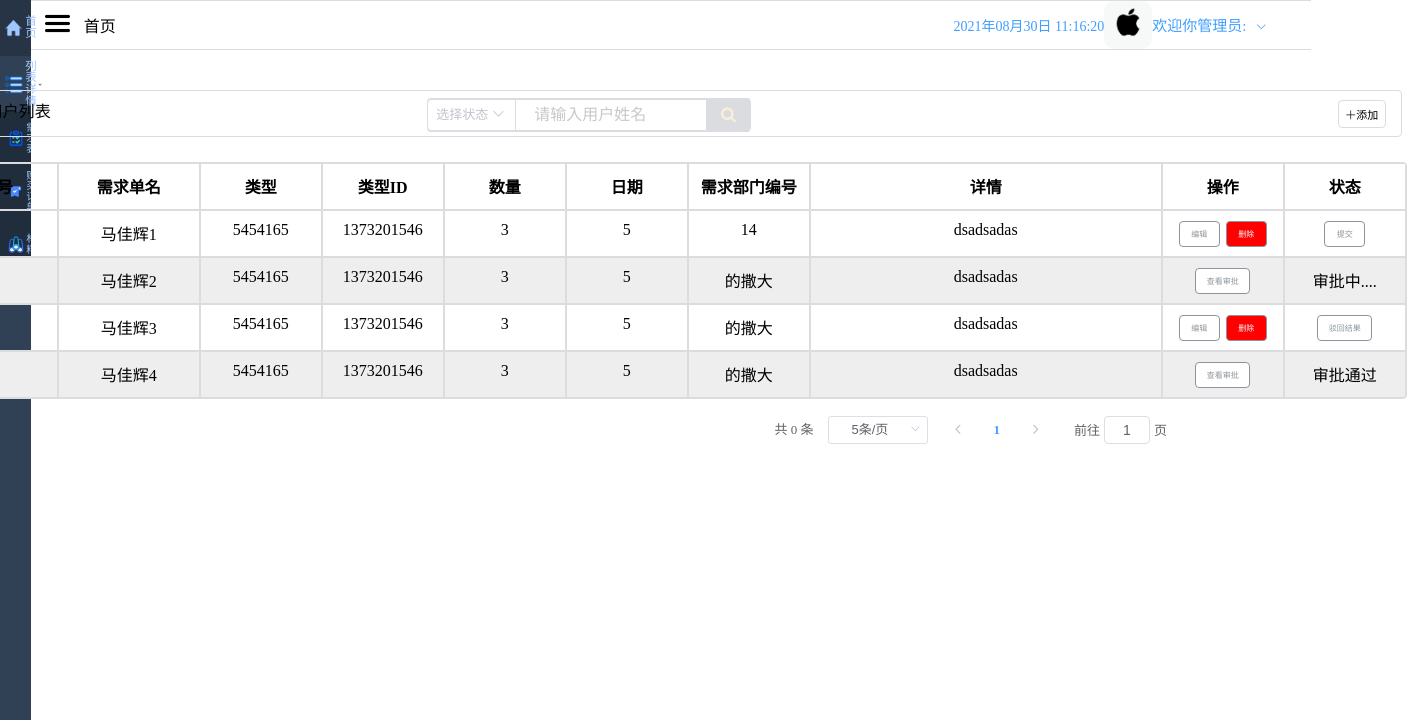
Repository: 572031690/fwwb-proj
Page: /home/body
These files come from the project's save history. The page is drawn as it stood at one moment and after the next save; the edit follows.
The browser window is 1280 px wide. The page is 1407 px wide, so the pictures cover 1407 px, including what lies to the right of the window. The pictures show the whole page.
The page's requests for data from a server got no answer. The project was rebuilt for these pictures with package versions that can differ from the ones it lists, and the page was loaded fresh each time. No one was signed in, and anything a server would have sent is missing. Also part of the build but not shown: vue.config.js, src/assets/data/echarts.js, src/components/home-wel/MapChina.vue, src/components/home-wel/leftchart/piechart.vue, src/components/home-wel/leftchart/rankchart.vue, src/components/home-wel/rightchart/linechart.vue, src/components/home-wel/rightchart/totalchart.vue, src/components/Adddata.vue and 7 more.

Above is the page before, as saved 2021-09-10 15:17:15.

### public/index.html
<!DOCTYPE html>
<html lang="">
  <head>
    <meta charset="utf-8">
    <meta name="viewport" content="width=device-width,initial-scale=1.0">
    <link rel="icon" href="<%= BASE_URL %>favicon.ico">
    <title><%= htmlWebpackPlugin.options.title %></title>
    <!-- 配置jquery -->
    <!-- <script src="http://ajax.googleapis.com/ajax/libs/jquery/1.8.0/jquery.min.js"></script> -->
     <!-- 百度的适口 -->
     <meta name="viewport" content="width=device-width,minimum-scale=1.0,maximum-scale=1.0,user-scalable=no">
     <!-- 搜索框 -->
     <meta http-equiv="X-UA-Compatible" content="IE=edge">
    <meta name="viewport" content="width=device-width, initial-scale=1.0">
    <link href="http://cdn.bootcss.com/font-awesome/4.7.0/css/font-awesome.min.css" rel="stylesheet">
  </head>
  <body>
    <noscript>
      <strong>We're sorry but <%= htmlWebpackPlugin.options.title %> doesn't work properly without JavaScript enabled. Please enable it to continue.</strong>
    </noscript>
    <div id="app"></div>
    <!-- built files will be auto injected -->
  </body>
</html>

### src/App.vue
<template>
  <div id="app">
    <!-- <v-login></v-login> -->
    <router-view></router-view>
  </div>
</template>

<script>
export default {
  data () {
    return {}
  },
  methods: {},
  components: {},
  mounted () {
    // this.$router.push({ path: 'login' }) // 页面跳转
  }
}
</script>

<style></style>

### src/assets/CSS/basic.css
a {
        text-decoration: none;
}

* {
        padding: 0;
        margin: 0;
}

html, body {
        height: 100%;
}

### src/view/Home.vue
<template>
  <div id="Home" ref="gobacklogin">
    <div :class="{ leftNavigation: navshow, leftNavigationChange: !navshow }">
      <div v-for="(item,index) in routerList" v-show="item.showtab" :key="index">
        <div @click="judgeType(item)" class="navhome">
          <img :src="item.imgSrc" class="navhome-img" />
          <span class="spans1" :ref="item.ref">{{ item.label }}</span>
          <img
            v-if="item.type === 'tips'"
            :src="item.imgtips"
            class="arrow"
            ref="arrow"
          />
        </div>
        <!-- 子列表 -->
        <div
          class="navhome-box"
          ref="navhomebox"
          v-if="item.childrenList.length"
          v-show="item.showtab"
        >
          <transition name="navhom">
            <div class="navhome-son" v-show="navSonShow">
              <div
                @click="goToRouter(item)"
                v-for="(item, index) in item.childrenList"
                :key="index"
              >
                <div class="namehome-son1">
                  <img :src="item.imgSrc" class="navson-img" />
                  <span :ref="item.ref">{{ item.label }}</span>
                </div>
              </div>
            </div>
          </transition>
        </div>
      </div>
    </div>

    <div class="rightNavigation">
      <div class="rightnav-top">
        <div class="rightnav-topimg">
          <img
            src="../assets/img/heng.png"
            class="rightnav-topimghome"
            ref="rightnavtopimghome"
            @click="changehomeimg()"
          />
        </div>

        <span>首页</span>

        <div class="topright">
          <span class="top-time">{{ nowTime }}</span>
          <!-- 苹果图标 -->
          <img src="../assets/img/timg.jpg" class="timg" />
          <!-- 退出下拉框 -->
          <el-dropdown @command="gobacklogin" class="elsign-out">
            <span class="el-dropdown-link">
              欢迎你管理员: <span class="adminname">{{ adminname }} </span
              ><i class="el-icon-arrow-down el-icon--right"></i>
            </span>
            <el-dropdown-menu slot="dropdown">
              <el-dropdown-item command="a">退出登陆</el-dropdown-item>
            </el-dropdown-menu>
          </el-dropdown>
        </div>
      </div>
      <div class="rightbody">
        <router-view></router-view>
      </div>
    </div>
  </div>
</template>

<script>
// 引入jquery
// import $ from 'jquery'
// 引入搜索框
// import EditData from '../unusercom/EditData.vue'
import { routerList } from '../assets/data/homeRouter'
export default {
  data () {
    return {
      nowTime: '',
      thistime: '',
      key: 90,
      arrowflag: true,
      imghomeflag: true,
      adminname: '',
      departmentID: '',
      navshow: true,
      navSonShow: true,
      lastTime: 0, // 默认上一次点击时间为0
      admin: true,
      routerChioce: 1,
      routerList
    }
  },
  methods: {
    // 旋转子列箭头
    changearrow () {
      this.navSonShow = !this.navSonShow
      if (this.arrowflag) {
        this.$refs.arrow[0].style.transform = 'rotate(270deg)'
        this.arrowflag = !this.arrowflag
      } else {
        this.$refs.arrow[0].style.transform = 'rotate(90deg)'
        this.arrowflag = !this.arrowflag
      }
    },
    // 右边栏三条杠点击事件
    changehomeimg () {
      // 动画class绑定
      this.navshow = !this.navshow
      let status = 'none'
      let rotate = 'rotate(90deg)'
      let times = 0
      // 首页旁边三条杠图标旋转和文字消失
      if (this.imghomeflag) {
        status = 'none'
        rotate = 'rotate(90deg)'
        times = 0
      } else {
        status = 'block'
        rotate = 'rotate(0deg)'
        times = 700
      }
      this.$refs.rightnavtopimghome.style.transform = rotate
      this.imghomeflag = !this.imghomeflag
      const me = this
      setTimeout(function () {
        me.routerList.forEach(item => {
          me.$refs[item.ref][0].style.display = status
          if (item.childrenList.length) {
            item.childrenList.forEach(val => {
              me.$refs[val.ref][0].style.display = status
            })
          }
        })
        me.$refs.arrow[0].style.display = status
      }, times)
    },
    // 开始动画文字出现延迟
    changehomeimgCreate () {
      this.changehomeimg()
      this.changehomeimg()
    },

    // 退出登陆方法
    gobacklogin (command) {
      this.$confirm('是否退出登陆', '提示', {
        confirmButtonText: '确定',
        cancelButtonText: '取消',
        type: 'warning'
      }).then(() => {
        sessionStorage.clear() // 删除所有数据
        this.$router.push({ name: 'login' }) // 直接跳转
        this.$message({
          type: 'success',
          message: '退出登陆成功!'
        })
      })
    },
    // 显示当前时间（年月日时分秒）
    timeFormate (timeStamp) {
      const year = new Date(timeStamp).getFullYear()
      const month =
        new Date(timeStamp).getMonth() + 1 < 10
          ? '0' + (new Date(timeStamp).getMonth() + 1)
          : new Date(timeStamp).getMonth() + 1
      const date =
        new Date(timeStamp).getDate() < 10
          ? '0' + new Date(timeStamp).getDate()
          : new Date(timeStamp).getDate()
      const hh =
        new Date(timeStamp).getHours() < 10
          ? '0' + new Date(timeStamp).getHours()
          : new Date(timeStamp).getHours()
      const mm =
        new Date(timeStamp).getMinutes() < 10
          ? '0' + new Date(timeStamp).getMinutes()
          : new Date(timeStamp).getMinutes()
      const ss =
        new Date(timeStamp).getSeconds() < 10
          ? '0' + new Date(timeStamp).getSeconds()
          : new Date(timeStamp).getSeconds()
      this.nowTime =
        year +
        '年' +
        month +
        '月' +
        date +
        '日' +
        ' ' +
        hh +
        ':' +
        mm +
        ':' +
        ss
      // console.log(this.nowTime)
    },
    nowTimes () {
      const that = this
      this.thistime = setInterval(function () {
        that.timeFormate(new Date())
      }, 1000)
    },
    clearTime () {
      clearInterval(this.thistime)
    },
    getAdminType () {
      this.routerList[2].showtab = false
      this.routerList[3].showtab = false

      if (this.departmentID === '10000' || this.departmentID === '10001') { // 最大管理管 // 审批管理员
        this.routerList[2].showtab = true
        this.routerList[3].showtab = true
      } else if (this.departmentID === '10010') { // 需求部门
        this.routerList[1].childrenList[0].showtab = true
        this.routerList[1].childrenList[1].showtab = false
      } else if (this.departmentID === '10020') { // 购买部门
        this.routerList[1].childrenList[0].showtab = false
        this.routerList[1].childrenList[1].showtab = true
      }
    },
    judgeType (val) {
      if (val.type === 'tips') this.changearrow()
      if (val.type === 'router') this.goToRouter(val)
    },
    goToRouter (val) {
      if (!val.disabled) {
        this.$router.push({ path: val.path })
      } // 页面跳转
    }
  },
  mounted () {
    this.changehomeimgCreate()
    this.nowTimes()
    // 实现左边子栏的缓慢消失
    // $(document).ready(function(){
    // $("#listlep").click(function(){
    //     $(".navhome-son").slideToggle(500);
    //   });
    // });

    // //实现左边nav栏的缩小
    // $(document).ready(function(){
    // $('.rightnav-topimghome').click(function(){
    //     if($('.right-navigation').css("margin-left")=="180px"){
    //         $('.right-navigation').animate({
    //         'margin-left':'50px'
    //     },700);
    // }else{
    // $('.right-navigation').animate({
    //     'margin-left':'180px'
    //     },700);
    // }
    // });
    // });

    // $(document).ready(function(){
    // $('.rightnav-topimghome').click(function(){
    //     if($('.left-navigation').css("width")!="50px"){
    //         $('.left-navigation').animate({
    //         width:'50px'
    //     },700);
    // }else{
    // $('.left-navigation').animate({
    //     width:'180px'
    //     },700);
    // }
    // });
    // });

    this.adminname = window.sessionStorage.getItem('storeData') // 获取浏览器缓存值
    this.departmentID = window.sessionStorage.getItem('sData')
    this.getAdminType()
  },
  beforeDestroy () {
    this.clearTime()
  }
}
</script>
<style>
/* @import url("../assets/CSS/约束缩放.css"); */
</style>
<style lang="less" scoped>
#Home {
  height: 100%;
  width: 100%;
  background-color: white;
  display: flex;
  flex-direction: row;
}
.leftNavigation {
  /* position: fixed; */
  display: inline-block;
  width: 10%;
  background-color: #304156;
  height: 100vh;
  /*占满一个屏幕的高度 */
  animation: navlong 0.7s;
}
.leftNavigationChange {
  /* position: fixed; */
  width: 2.6%;
  background-color: #304156;
  height: 100vh;
  /*占满一个屏幕的高度 */
  animation: navshort 0.7s;
}
@keyframes navlong {
  0% {
    width: 2.6%;
  }
  100% {
    width: 10%;
  }
}

@keyframes navshort {
  0% {
    width: 10%;
  }
  100% {
    width: 2.6%;
  }
}
.leftNavigation {
    a {
      text-decoration: none;
    }
}

.navhome {
  display: flex;
  flex-direction: row;
  /*水平排布*/
  align-items: center;
  height: 56px;
  width: 100%;
  background-color: #304156;
  transition: all 0.5s;
  &:hover {
    background-color: #263445;
    cursor: pointer;
  }
  span {
    display: none;
    font-size: 0.9vw;
    line-height: 0.9vw;
    color: #9fc6ff;
  }
}
.navhome-img {
  /* -webkit-transform:rotate(90deg); */
  width: 1.5vw;
  margin: 0 7%;
  margin-left: 13%;
  color: #409eff;
}
.arrow {
  display: none;
  margin-left: 5%;
  width: 15%;
  transition: all 0.5s;
  transform: rotate(90deg);
}
.navhom-enter-active {
  transition: all 0.5s;
}
.navhom-leave-active {
  transition: all 0.5s;
}
.navhom-enter {
  height: 0;
}
.navhom-leave-to {
  height: 0;
}
.navhom-enter-to {
  height: 159px;
}
.navhom-leave {
  height: 159px;
}
.navhome-son {
  cursor: pointer;
  background-color: #1f2d3d;
  overflow: hidden;
  span {
    display: none;
    font-size: 0.8vw;
    line-height: 0.8vw;
    color: #9fc6ff;
    margin-left: 6%;
  }
}
.namehome-son1 {
  display: flex;
  flex-direction: row;
  /*水平排布*/
  align-items: center;
  transition: all 1.5s;
  width: 100%;
  height: 53px;
  &:hover {
    background-color: #001121;
  }
}
.navson-img {
  width: 1.3vw;
  margin-left: 25%;
  color: #409eff;
}
.rightNavigation {
  display: inline-block;
  width: 100%;
  height: 100vh;
  /*占满一个屏幕的高度 */
  box-sizing: border-box;
  /* margin-left: 180px; */
  /* animation: rightNavlong 0.7s; */
}
/* .rightNavigations { */
/* display: inline-block; */
/* width: 100%; */
/* height: 100vh; 占满一个屏幕的高度 */
/* box-sizing: border-box; */
/* margin-left: 50px; */
/* animation: rightNavshort 0.7s; */
/* } */
/* @keyframes rightNavlong {
  0% {
    margin-left: 50px;
  }
  100% {
    margin-left: 180px;
  }
}
@keyframes rightNavshort {
  0% {
    margin-left: 180px;
  }
  100% {
    margin-left: 50px;
  }
} */
.rightnav-top {
  width: 100%;
  height: 48px;
  display: flex;
  flex-direction: row;
  border-bottom: 1px solid #dadce0;
  border-top: 1px solid #dadce0;
  span {
    padding-top: 12px;
    /* margin-left: 10px; */
  }
}
.rightnav-topimg {
  padding: 0 14px;
  height: 50px;
}
.rightnav-topimghome {
  cursor: pointer;
  margin-top: 10px;
  height: 25px;
  transition: all 0.4s;
}
.top-time {
  color: #409eff;
  font-size: 14px;
  margin-top: 2px;
}
.topright {
  float: right;
  right: 1%;
  position: absolute;
  display: flex;
}
.timg {
  height: 48px;
  cursor: pointer;
  border-radius: 10px;
}
.weltop {
  font-size: 14px;
}
#eldown {
  margin-top: 1px;
  font-size: 20px;
}
.elsign-out {
  padding-top: 13px;
}
.el-dropdown-link {
  cursor: pointer;
  color: #409eff;
  font-size: 15px;
}
.el-icon-arrow-down {
  font-size: 12px;
}
.adminname {
  color: black;
  font-size: 15px;
}
.rightbody {
  height: calc(100% - 50px);
}

</style>

### src/components/addDataDialog.vue
<template>
  <div>
    <!-- 添加模板 -->
    <el-dialog
      :title="dialogData.dialogType==='add'?'添加数据':'修改数据'"
      :visible.sync="dialogFormVisibleadd"
      :modal-append-to-body="false"
      :close-on-click-modal="false"
      :show-close="false"
      top="12vh"
      center
      width="35%"
    >
      <el-form
        :model="dialogData.formList"
        :rules="rulesData"
        ref="form"
        label-width="120px"
        class="demo-ruleForm"
      >
        <el-form-item
          v-for="(item, index) in dialogData.dataTableList"
          :key="index"
          :label="item.label"
          :prop="item.dataName"
        >
          <el-input
            v-model="dialogData.formList[item.dataName]"
            style="width:400px"
            v-if="item.putType === 'input'"
          ></el-input>

          <el-date-picker
            v-model="dialogData.formList[item.dataName]"
            type="date"
            style="width: 150px;"
            v-if="item.putType === 'date'"
            placeholder="选择日期">
          </el-date-picker>

            <el-select
              v-model.number="dialogData.formList[item.dataName]"
              placeholder="请选择类型"
              v-if="item.putType === 'select'"
            >
              <el-option
                :label="dat"
                :value="dat"
                v-for="(dat, key) in item.selectData"
                :key="key"
              ></el-option>
            </el-select>

          <el-input-number
            v-model="dialogData.formList[item.dataName]"
            :step="50"
            :min="50"
            :max="999999999"
            label="描述文字"
            v-if="item.putType === 'num'"
          ></el-input-number>

          <el-input
            type="age"
            v-model.number="dialogData.formList[item.dataName]"
            style="width:400px"
            v-if="item.putType === 'numput'"
          ></el-input>

          <el-input
            type="age"
            auto-complete="off"
            style="width:400px"
            v-model.number="dialogData.formList[item.dataName]"
            disabled
            v-if="item.putType === 'disput'"
          ></el-input>

          <el-input
            type="textarea"
            v-model.number="dialogData.formList[item.dataName]"
            auto-complete="off"
            style="width: 400px"
            v-if="item.putType === 'textarea'"
          ></el-input>
        </el-form-item>
      </el-form>
      <div slot="footer" class="dialog-footer">
        <el-button @click="dialogFormVisibleadd = false">取 消</el-button>
        <el-button type="primary" @click="submitForm('form')">{{dialogData.dialogType==='add'?'添 加':'修 改'}}</el-button>
      </div>
    </el-dialog>
  </div>
</template>

<script>
/* post请求
类型 putType： textarea disput numput num select date input
*/
import { rulesData } from '../assets/data/rules'
export default {
  props: {
    dialogData: Object
  },
  data () {
    return {
      rulesData,
      dialogFormVisibleadd: false
    }
  },
  methods: {
    submitForm (formName) {
      this.flag = true

      this.$refs[formName].validate(valid => {
        if (valid) {
          this.$confirm('是否确定保存并添加此条数据?', '提示', {
            confirmButtonText: '确定',
            cancelButtonText: '取消',
            type: 'warning'
          }).then(() => {
            this.adddata()
          })
        } else {
          console.log('error submit!!')
          return false
        }
      })
    },
    async adddata () {
      var data = {}
      for (const i in this.dialogData.formList) {
        data[i] = this.dialogData.formList[i]
      }
      console.log(data, 'datadatadata')
      // $ajax请求
      const url = this.dialogData.url
      await this.$ajax.post(url, data, {}).then(res => {
        const { data } = res
        if (data.code === '101') {
          this.$message({
            type: 'success',
            message: this.dialogData.dialogType === 'add' ? '添加成功!' : '修改成功'
          })
          this.$emit('updata')
          this.dialogFormVisibleadd = false
        } else {
          this.$message.error(this.dialogData.dialogType === 'add' ? '错了哦，添加失败' : '错了哦，修改失败')
        }
      }).catch(() => {
        this.$message({
          type: 'error',
          message: '网络异常'
        })
      })
    }
  }
}
</script>

<style></style>

Loaded but not shown: src/plugins/element.js (common file); src/assets/data/rules.js (77 lines, source omitted); src/router/index.js (69 lines, source omitted); src/assets/data/homeRouter.js (74 lines, source omitted); src/main.js (34 lines, source omitted); src/store/index.js (26 lines, source omitted); src/view/home/Body.vue (926 lines, source omitted); src/view/Login.vue (453 lines, source omitted); src/components/Drawer.vue (271 lines, source omitted); src/view/home/HomeWel.vue (273 lines, source omitted)

After the next save:
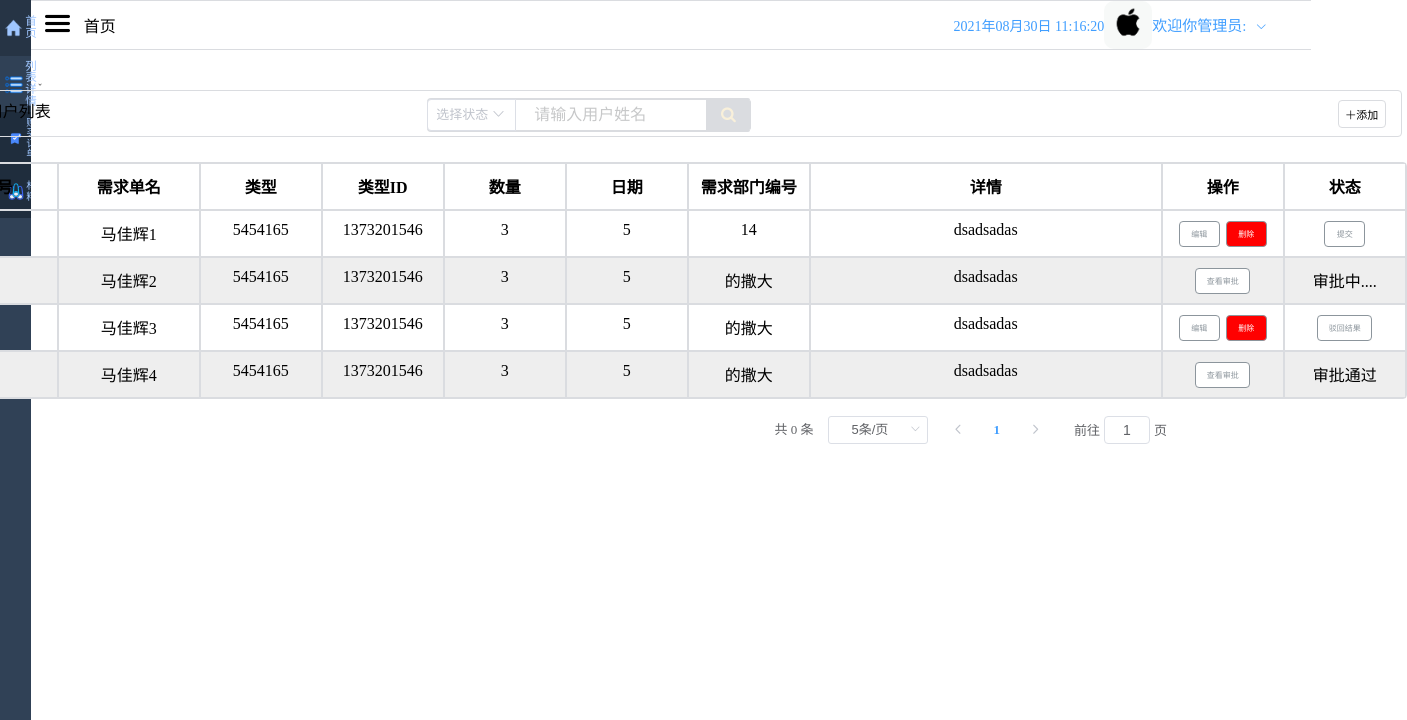
Saved 27 s later.
--- a/src/view/Home.vue
+++ b/src/view/Home.vue
@@ -25,6 +25,7 @@
                 @click="goToRouter(item)"
                 v-for="(item, index) in item.childrenList"
                 :key="index"
+                 v-show="item.showtab"
               >
                 <div class="namehome-son1">
                   <img :src="item.imgSrc" class="navson-img" />
